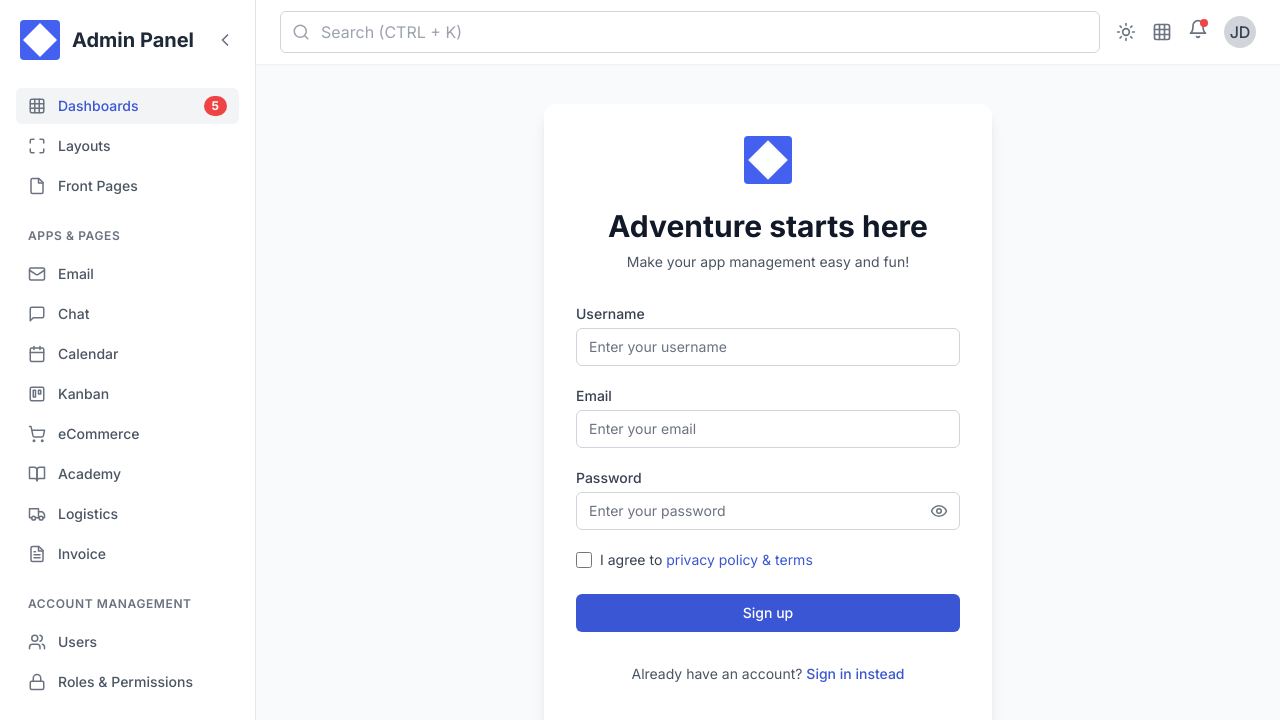
Repository: StoyanStoyanov1/DHS-Team
Page: /auth/register (app in dhs-admin-panel/)
The author's editor kept a copy of each file at every save. The page is drawn from the files as they stood at one save, then again after the next save.
The browser window is 1280 px wide. The pictures show the whole page.
An inner scrolling area shows only its first screen. The project was rebuilt for these pictures with package versions that can differ from the ones it lists, and the page was loaded fresh each time. The framework's server and built-in components were replaced by stand-ins that run in the browser. Also part of the build but not shown: dhs-admin-panel/next.config.ts.

Above is the page before, as saved 2025-04-22 13:33:32.

After the next save:
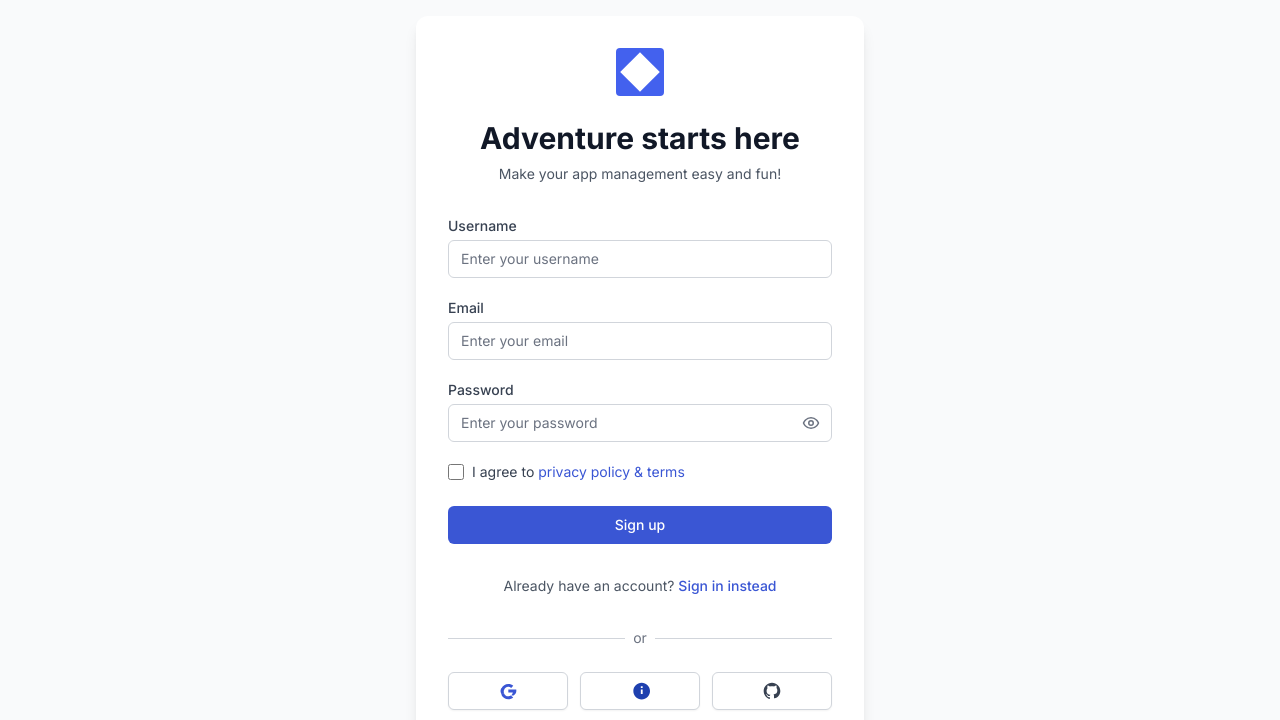
Saved 23 s later.
--- a/dhs-admin-panel/src/app/components/Layout.tsx
+++ b/dhs-admin-panel/src/app/components/Layout.tsx
@@ -1,6 +1,7 @@
 'use client';
 
-import { useState, ReactNode } from 'react';
+import { useState, ReactNode, useEffect } from 'react';
+import { usePathname } from 'next/navigation';
 import Header from './Header';
 import Sidebar from './Sidebar';
 
@@ -11,9 +12,18 @@ interface DashboardLayoutProps {
 const Layout: React.FC<DashboardLayoutProps> = ({ children }) => {
     const [activeSection, setActiveSection] = useState<string>('dashboards');
     const [isSidebarCollapsed, setIsSidebarCollapsed] = useState(false);
+    const pathname = usePathname();
+
+    // Check if current path is an auth page
+    const isAuthPage = pathname?.startsWith('/auth');
+
+    // Don't show the dashboard layout on auth pages
+    if (isAuthPage) {
+        return <>{children}</>;
+    }
 
     return (
-        <div className="flex h-screen bg-gray-50">
+        <div className="flex h-screen w-full overflow-hidden bg-gray-50">
             <Sidebar
                 activeSection={activeSection}
                 setActiveSection={setActiveSection}
@@ -21,10 +31,10 @@ const Layout: React.FC<DashboardLayoutProps> = ({ children }) => {
                 toggleCollapse={() => setIsSidebarCollapsed(!isSidebarCollapsed)}
             />
 
-            <div className="flex-1">
+            <div className="flex-1 flex flex-col overflow-hidden">
                 <Header />
 
-                <main className="p-6">
+                <main className="flex-1 p-6 overflow-auto">
                     {children}
                 </main>
             </div>
